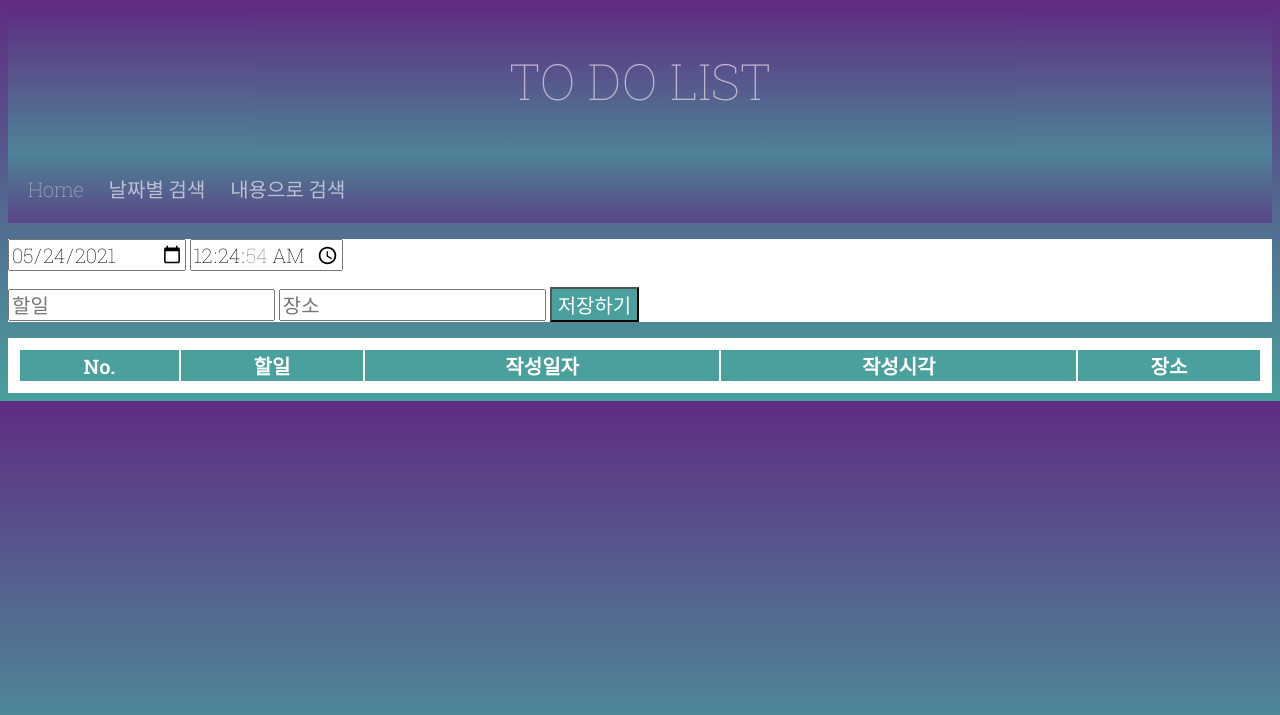
Repository: kimyoungjin98/Exam_Project
Page: http://localhost/Server_PR_TodoList/
An editor plug-in stored every save of this project. The page is shown before and after the next save, followed by the edit.
The browser window is 1280 px wide. The pictures show the whole page.
Some web fonts or font styles are not loaded; a fallback is used. The page is served by Tomcat 9. Queries for data that is not in the repository find no rows.

Above is the page before, as saved 2021-05-25 02:15:12.

After the next save:
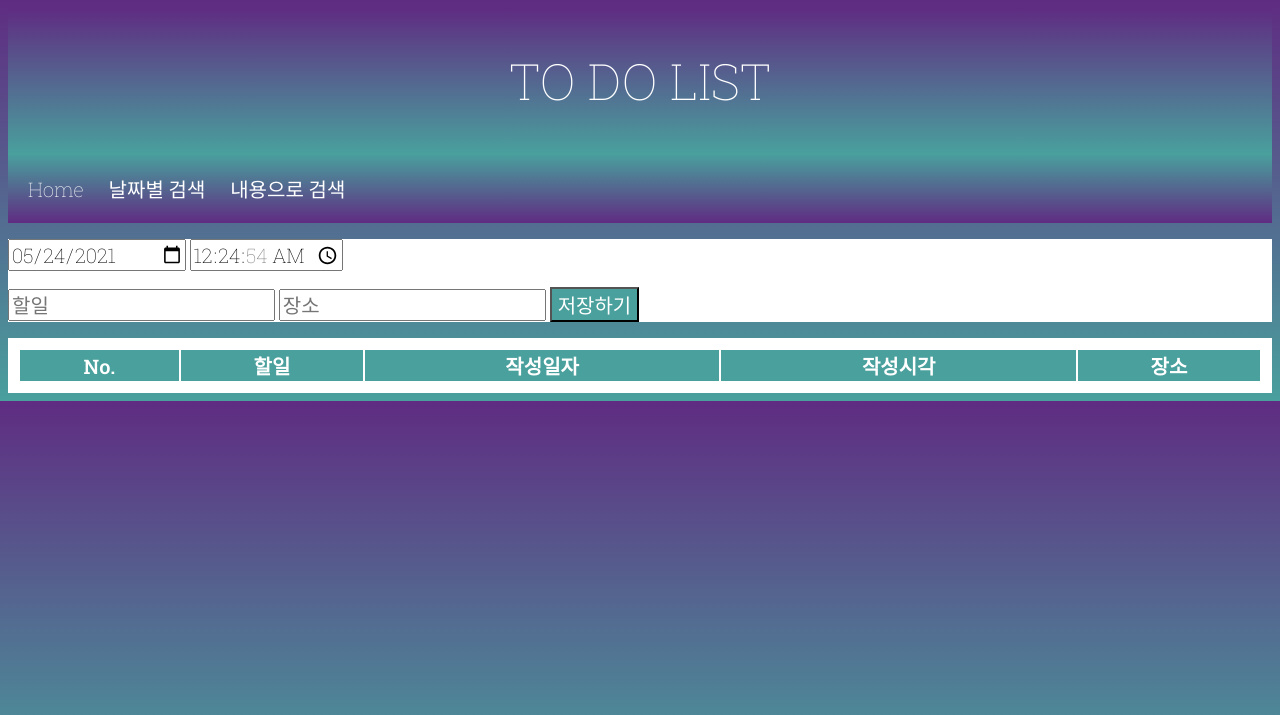
Saved 49 s later.
--- a/Server_PR_TodoList/src/main/webapp/WEB-INF/views/banner.jsp
+++ b/Server_PR_TodoList/src/main/webapp/WEB-INF/views/banner.jsp
@@ -50,13 +50,13 @@ h1 {
 	color:white;
 	padding:40px;
 	font-weight: lighter;
-	opacity: 0.6;
+
 }
 
 nav {
 
 	background:linear-gradient(to top, #5f2c82, #49a09d);
-	opacity: 0.6;
+
 	color:white;
 
 	font-size:20px;
